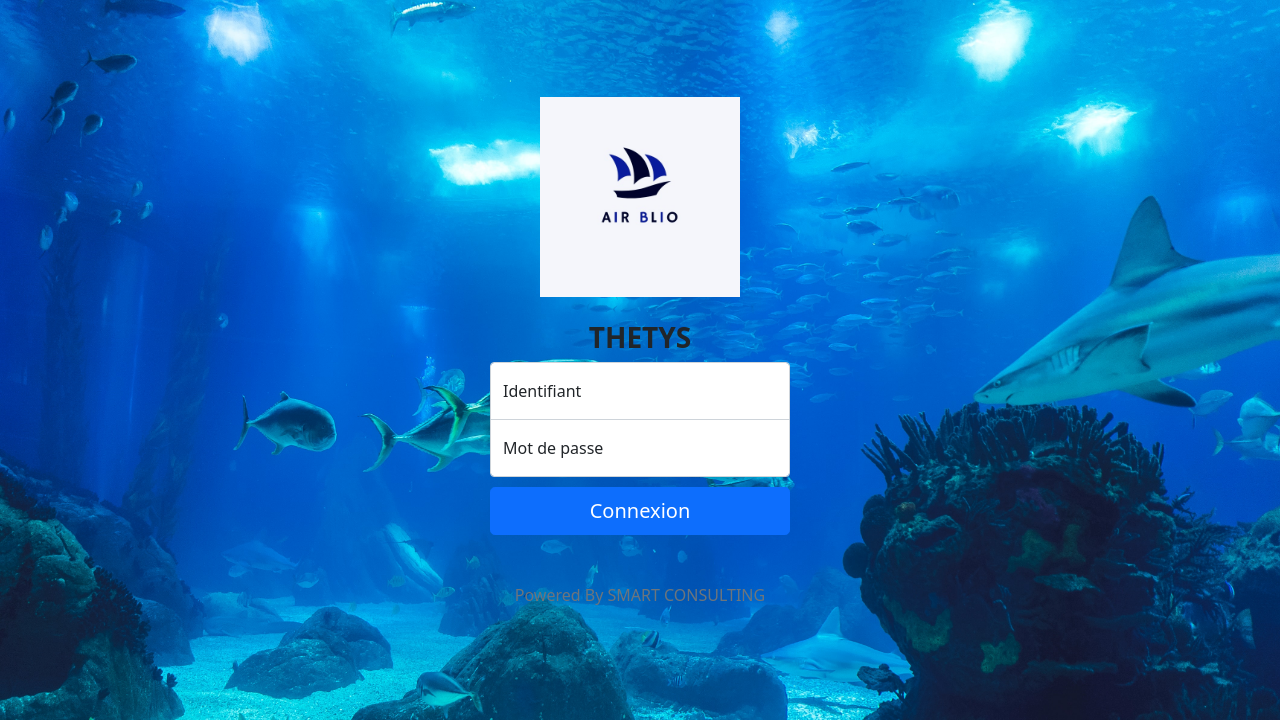
Repository: Elie-Dey/airblio
Page: index.html
These files come from the project's save history. The page is drawn as it stood at one moment and after the next save; the edit follows.
The browser window is 1280 px wide. The pictures show the whole page.

Above is the page before, as saved 2022-03-30 16:35:38.

### index.html
<!DOCTYPE html>
<html lang="en">
  <head>
    <meta charset="utf-8" />
    <meta name="viewport" content="width=device-width, initial-scale=1" />
    <meta name="description" content="" />
    <meta
      name="author"
      content="Mark Otto, Jacob Thornton, and Bootstrap contributors"
    />
    <meta name="generator" content="Hugo 0.84.0" />
    <title>Signin Template · Bootstrap v5.0</title>

    <!-- <link
      rel="canonical"
      href="https://getbootstrap.com/docs/5.0/examples/sign-in/"
    /> -->

    <!-- Bootstrap core CSS -->
    <link
      href="https://cdn.jsdelivr.net/npm/bootstrap@5.1.3/dist/css/bootstrap.min.css"
      rel="stylesheet"
      integrity="sha384-1BmE4kWBq78iYhFldvKuhfTAU6auU8tT94WrHftjDbrCEXSU1oBoqyl2QvZ6jIW3"
      crossorigin="anonymous"
    />

    <style>
      .bd-placeholder-img {
        font-size: 1.125rem;
        text-anchor: middle;
        -webkit-user-select: none;
        -moz-user-select: none;
        user-select: none;
      }

      @media (min-width: 768px) {
        .bd-placeholder-img-lg {
          font-size: 3.5rem;
        }
      }
      body {
        background-image: url('images/indexBackground.jpg');
            height: 100vh"
      }
    </style>

    <!-- Custom styles for this template -->
    <link href="css/connexion.css" rel="stylesheet" />
  </head>
  <body class="text-center">
    <main class="form-signin">
      <form action="dashboard.html" method="">
        <img
          class="mb-4"
          src="images/logo.png"
          alt=""
          width="200"
          height="200"
        />
        <h1 class="h3 mb-2 fw-bold">THETYS</h1>

        <div class="form-floating">
          <input
            type="email"
            class="form-control"
            id="floatingInput"
            placeholder="name@example.com"
          />
          <label for="floatingInput">Identifiant</label>
        </div>
        <div class="form-floating">
          <input
            type="password"
            class="form-control"
            id="floatingPassword"
            placeholder="Password"
          />
          <label for="floatingPassword">Mot de passe</label>
        </div>

        <button class="w-100 btn btn-lg btn-primary" type="submit">
          Connexion
        </button>

        <p class="mt-5 mb-3 text-muted">Powered By SMART CONSULTING</p>
      </form>
    </main>
  </body>
</html>

### css/connexion.css
html,
body {
  height: 100%;
}

body {
  display: flex;
  align-items: center;
  padding-top: 40px;
  padding-bottom: 40px;

  -webkit-background-size: cover;
  -moz-background-size: cover;
  background-size: cover;
  -o-background-size: cover;
}

.form-signin {
  width: 100%;
  max-width: 330px;
  padding: 15px;
  margin: auto;
}

.form-signin .checkbox {
  font-weight: 400;
}

.form-signin .form-floating:focus-within {
  z-index: 2;
}

.form-signin input[type="email"] {
  margin-bottom: -1px;
  border-bottom-right-radius: 0;
  border-bottom-left-radius: 0;
}

.form-signin input[type="password"] {
  margin-bottom: 10px;
  border-top-left-radius: 0;
  border-top-right-radius: 0;
}

After the next save:
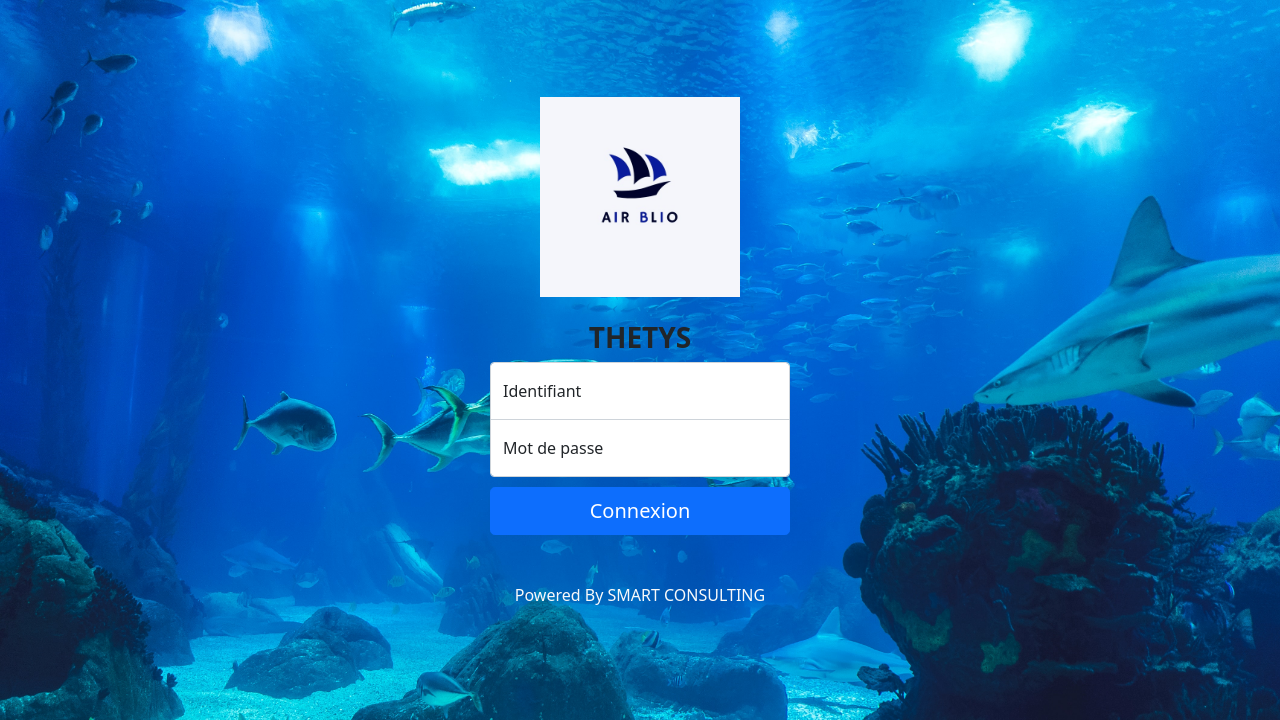
Saved 36 s later.
--- a/index.html
+++ b/index.html
@@ -82,7 +82,7 @@
           Connexion
         </button>
 
-        <p class="mt-5 mb-3 text-muted">Powered By SMART CONSULTING</p>
+        <p class="mt-5 mb-3 text-light">Powered By SMART CONSULTING</p>
       </form>
     </main>
   </body>
